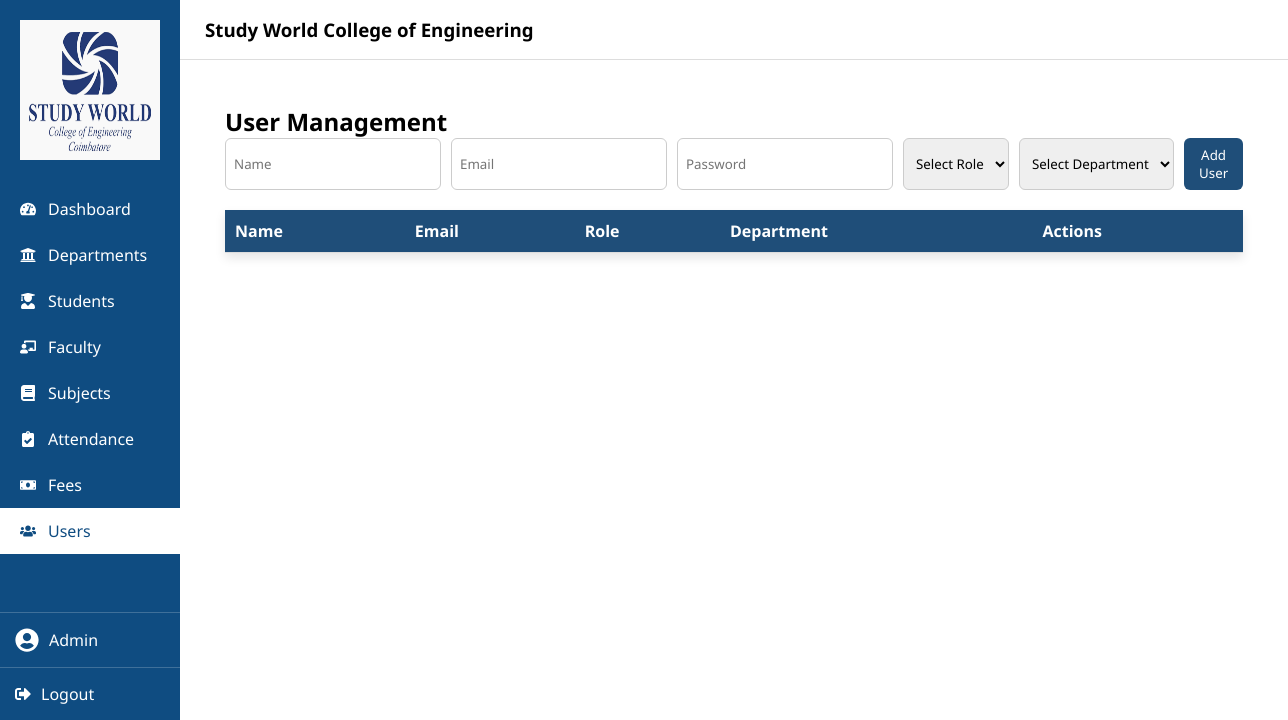
Repository: arthanarieswara/frontend
Page: /users
The author's editor kept a copy of each file at every save. The page is drawn from the files as they stood at one save, then again after the next save.
The browser window is 1280 px wide. The page is 1288 px wide, so the pictures cover 1288 px, including what lies to the right of the window. The pictures show the whole page.
The page's requests for data from a server got no answer. The project was rebuilt for these pictures with package versions that can differ from the ones it lists, and the page was loaded fresh each time. No one was signed in, and anything a server would have sent is missing. Also part of the build but not shown: vite.config.js, src/pages/auth/Login.jsx, src/pages/dashboard/Dashboard.css, src/pages/dashboard/Dashboard.jsx, src/pages/departments/Departments.jsx, src/pages/students/Students.css, src/pages/students/Students.jsx, src/pages/faculty/Faculty.css and 5 more.

Above is the page before, as saved 2026-03-18 11:55:32.

### src/App.jsx
import AppRoutes from "./routes/AppRoutes";

function App() {
  return <AppRoutes />;
}

export default App;

### src/routes/AppRoutes.jsx
import { BrowserRouter, Routes, Route } from "react-router-dom";

import Login from "../pages/auth/Login";
import Dashboard from "../pages/dashboard/Dashboard";
import Departments from "../pages/departments/Departments";
import Students from "../pages/students/Students";
import Faculty from "../pages/faculty/Faculty";
import Subjects from "../pages/Subjects/Subjects";
import Attendance from "../pages/Attendance/Attendance";
import Users from "../pages/users/Users"; // ✅ NEW

function AppRoutes() {
  return (
    <BrowserRouter>

      <Routes>

        <Route path="/" element={<Login />} />
        <Route path="/dashboard" element={<Dashboard />} />
        <Route path="/departments" element={<Departments />} />
        <Route path="/students" element={<Students />} />
        <Route path="/faculty" element={<Faculty />} />
        <Route path="/subjects" element={<Subjects />} />
        <Route path="/attendance" element={<Attendance />} />

        {/* ✅ Users Route */}
        <Route path="/users" element={<Users />} />

      </Routes>

    </BrowserRouter>
  );
}

export default AppRoutes;

### src/pages/users/Users.jsx
import { useEffect, useState } from "react";
import Layout from "../../components/Layout";
import api from "../../api/api";
import "./Users.css";

function Users() {
  const [users, setUsers] = useState([]);
  const [departments, setDepartments] = useState([]);

  const [name, setName] = useState("");
  const [email, setEmail] = useState("");
  const [password, setPassword] = useState("");
  const [role, setRole] = useState("");
  const [department, setDepartment] = useState("");

  const [editingId, setEditingId] = useState(null);

  useEffect(() => {
    fetchUsers();
    fetchDepartments();
  }, []);


  const fetchDepartments = async () => {
    const res = await api.get("/departments");
    setDepartments(res.data);
  };

  const fetchUsers = async () => {
    const res = await api.get("/auth/users");
    setUsers(res.data);
  };

  const handleSubmit = async () => {
    if (!name || !email || (!editingId && !password) || !role) {
      alert("Fill all fields");
      return;
    }

    const data = {
      name,
      email,
      role,
      department_id: department || null,
    };

    if (!editingId) {
      data.password = password;
    }

    if (editingId) {
      await api.put(`/auth/users/${editingId}`, data);
    } else {
      await api.post("/auth/register", data);
    }

    resetForm();
    fetchUsers();
  };

  const handleDelete = async (id) => {
    if (!window.confirm("Delete user?")) return;

    await api.delete(`/auth/users/${id}`);
    fetchUsers();
  };

  const resetForm = () => {
    setName("");
    setEmail("");
    setPassword("");
    setRole("");
    setDepartment("");
    setEditingId(null);
  };

  const handleEdit = (u) => {
    setEditingId(u.id);
    setName(u.name);
    setEmail(u.email);
    setRole(u.role);
    setDepartment(u.department_id || "");
  };



  return (
    <Layout>
      <div className="users-page">
        <h2>User Management</h2>

        <div className="users-form">
          <input
            placeholder="Name"
            value={name}
            onChange={(e) => setName(e.target.value)}
          />

          <input
            placeholder="Email"
            value={email}
            onChange={(e) => setEmail(e.target.value)}
          />

          {!editingId && (
            <input
              type="password"
              placeholder="Password"
              value={password}
              onChange={(e) => setPassword(e.target.value)}
            />
          )}

          <select value={role} onChange={(e) => setRole(e.target.value)}>
            <option value="">Select Role</option>
            <option value="Admin">Admin</option>
            <option value="Faculty">Faculty</option>
            <option value="Student">Student</option>
          </select>

          <select
            value={department}
            onChange={(e) => setDepartment(e.target.value)}
          >
            <option value="">Select Department</option>

            {departments.map((d) => (
              <option key={d.id} value={d.id}>
                {d.name}
              </option>
            ))}
          </select>

          <button onClick={handleSubmit}>
            {editingId ? "Update User" : "Add User"}
          </button>
        </div>

        <table className="users-table">
          <thead>
            <tr>
              <th>Name</th>
              <th>Email</th>
              <th>Role</th>
              <th>Department</th>
              <th>Actions</th>
            </tr>
          </thead>

          <tbody>
            {users.map((u) => (
              <tr key={u.id}>
                <td>{u.name}</td>
                <td>{u.email}</td>
                <td>{u.role}</td>
                <td>{u.department_name || "-"}</td>

                <td>
                  <button onClick={() => handleEdit(u)}>Edit</button>
                  <button onClick={() => handleDelete(u.id)}>Delete</button>
                </td>
              </tr>
            ))}
          </tbody>
        </table>
      </div>
    </Layout>
  );
}

export default Users;

### src/api/api.js
import axios from "axios";

const api = axios.create({
  baseURL: "http://localhost:5000/api"
});

api.interceptors.request.use((config) => {

  const token = localStorage.getItem("token");

  if (token) {
    config.headers.Authorization = `Bearer ${token}`;
  }

  return config;

});

export default api;

### src/pages/auth/Login.css
*{
  margin:0;
  padding:0;
  box-sizing:border-box;
  font-family:"Segoe UI",sans-serif;
}

/* ANIMATED BACKGROUND */

.login-wrapper{
  height:100vh;
  display:flex;
  justify-content:center;
  align-items:center;
  background:linear-gradient(270deg,#0f4c81,#3a8bfd,#1a6ed8);
  background-size:600% 600%;
  animation:gradientBG 10s ease infinite;
}

@keyframes gradientBG{
  0%{background-position:0% 50%}
  50%{background-position:100% 50%}
  100%{background-position:0% 50%}
}

/* LOGIN CARD */

.login-card{
  width:420px;
  padding:40px;
  border-radius:12px;
  background:rgba(255,255,255,0.15);
  backdrop-filter:blur(15px);
  box-shadow:0 15px 40px rgba(0,0,0,0.3);
  text-align:center;
  color:white;
}

/* COLLEGE HEADER */

.college-logo{
  width:70px;
  margin-bottom:10px;
}

.college-header h1{
  font-size:20px;
  margin-bottom:5px;
}

.college-header p{
 font-size:13px;
  opacity:0.9;
}

.college-header span{
  font-size:12px;
  opacity:0.8;
}

.college-header{
  margin-bottom:30px;
}

/* INPUT GROUP */

.input-group{

  position:relative;
  margin-bottom:20px;
}

.input-group input{
  width:100%;
  padding:12px;
  border:none;
  border-radius:6px;
  outline:none;
  font-size:14px;
}

/* FLOATING LABEL */

.input-group label{
  position:absolute;
  left:12px;
  top:50%;
  transform:translateY(-50%);
  color:#000000;
  font-size:14px;
  pointer-events:none;
  transition:0.3s;
}

.input-group input:focus + label,
.input-group input:not(:placeholder-shown) + label{
  top:-8px;
  /* background:white; */
  padding:0 5px;
  font-size:15px;
  color:white;
}

/* PASSWORD ICON */

.password-group{
 position:relative;
}

.eye-icon{
  position:absolute;
  right:10px;
  top:50%;
  transform:translateY(-50%);
  cursor:pointer;
  color:#444;
}

/* BUTTON */

.login-btn{
  width:100%;
  padding:12px;
  border:none;
  border-radius:6px;
  background:white;
  color:#0f4c81;
  font-size:16px;
  font-weight:bold;
  cursor:pointer;
  transition:all 0.3s;
}

.login-btn:hover{
  transform:translateY(-2px);
  box-shadow:0 5px 15px rgba(0,0,0,0.3);
}

### src/components/Layout.jsx
import { useState } from "react";
import Sidebar from "./Sidebar";
import Navbar from "./Navbar";

function Layout({ children }) {

  const [collapsed,setCollapsed] = useState(false);

  return (

    <div style={{display:"flex"}}>

      <Sidebar collapsed={collapsed} />

      <div style={{flex:1}}>

        <Navbar toggleSidebar={()=>setCollapsed(!collapsed)} />

        <div style={{padding:"25px"}}>
          {children}
        </div>

      </div>

    </div>

  );

}

export default Layout;

### src/pages/departments/Departments.css
.departments h2 {
    margin-bottom: 20px;
}

.add-section {
    display: flex;
    gap: 10px;
    margin-bottom: 20px;
}

.add-section input {
    padding: 10px;
    border: 1px solid #ccc;
    border-radius: 5px;
}

.add-section button {
    background: #0f4c81;
    color: white;
    border: none;
    padding: 10px 15px;
    border-radius: 5px;
    cursor: pointer;
}

table {
    width: 100%;
    border-collapse: collapse;
    background: white;
    box-shadow: 0 5px 10px rgba(0, 0, 0, 0.1);
}

th,
td {
    padding: 12px;
    border-bottom: 1px solid #ddd;
    text-align: left;
}

.delete-btn {
    background: red;
    color: white;
    border: none;
    padding: 6px 10px;
    border-radius: 4px;
    cursor: pointer;
}

.edit-btn {
    background: #0f4c81;
    color: white;
    border: none;
    padding: 6px 10px;
    border-radius: 4px;
    cursor: pointer;
    margin: 10px;
}

### src/pages/users/Users.css
.users-page {
  padding: 20px;
}

.users-form {
  display: flex;
  gap: 10px;
  margin-bottom: 20px;
}

.users-form input,
.users-form select {
  padding: 8px;
  border: 1px solid #ccc;
  border-radius: 6px;
}

.users-form button {
  background: #1f4e79;
  color: white;
  padding: 8px 15px;
  border: none;
  border-radius: 6px;
}

.users-table {
  width: 100%;
  border-collapse: collapse;
}

.users-table th {
  background: #1f4e79;
  color: white;
  padding: 10px;
}

.users-table td {
  padding: 10px;
  border-bottom: 1px solid #ddd;
}

### src/components/Sidebar.jsx
import { NavLink, useNavigate } from "react-router-dom";
import {
  FaTachometerAlt,
  FaUniversity,
  FaUserGraduate,
  FaChalkboardTeacher,
  FaBook,
  FaClipboardCheck,
  FaMoneyBill,
  FaSignOutAlt,
  FaUserCircle,
  FaUsers,
} from "react-icons/fa";

import "./Sidebar.css";

function Sidebar({ collapsed }) {
  const navigate = useNavigate();

  const handleLogout = () => {
    localStorage.removeItem("token");
    navigate("/");
  };

  return (
    <div className={`sidebar ${collapsed ? "collapsed" : ""}`}>
      <div className="sidebar-header">
        <img src="/college-logo.png" className="sidebar-logo" />
      </div>

      <nav className="menu">
        <NavLink to="/dashboard" className="menu-item">
          <FaTachometerAlt />
          <span>Dashboard</span>
        </NavLink>

        <NavLink to="/departments" className="menu-item">
          <FaUniversity />
          <span>Departments</span>
        </NavLink>

        <NavLink to="/students" className="menu-item">
          <FaUserGraduate />
          <span>Students</span>
        </NavLink>

        <NavLink to="/faculty" className="menu-item">
          <FaChalkboardTeacher />
          <span>Faculty</span>
        </NavLink>

        <NavLink to="/subjects" className="menu-item">
          <FaBook />
          <span>Subjects</span>
        </NavLink>

        <NavLink to="/attendance" className="menu-item">
          <FaClipboardCheck />
          <span>Attendance</span>
        </NavLink>

        <NavLink to="/fees" className="menu-item">
          <FaMoneyBill />
          <span>Fees</span>
        </NavLink>

        <NavLink to="/users" className="menu-item">
          <FaUsers />
          <span>Users</span>
        </NavLink>
      </nav>

      {/* PROFILE SECTION */}

      <div className="profile">
        <FaUserCircle className="profile-icon" />
        <span>Admin</span>
      </div>

      {/* LOGOUT */}

      <div className="logout" onClick={handleLogout}>
        <FaSignOutAlt />
        <span>Logout</span>
      </div>
    </div>
  );
}

export default Sidebar;

### src/components/Navbar.jsx
import { FaBars } from "react-icons/fa";
import "./Navbar.css";

function Navbar({ toggleSidebar }) {

    return (

        <div className="navbar">

            {/* <FaBars className="toggle-btn" onClick={toggleSidebar} /> */}

            <h3>Study World College of Engineering</h3>

        </div>

    )

}

export default Navbar;

### src/components/Sidebar.css
.sidebar {
    width: 240px;
    height: 100vh;
    background: #0f4c81;
    color: white;
    display: flex;
    flex-direction: column;
    transition: 0.3s;
}

/* COLLAPSED */

.sidebar.collapsed {
    width: 70px;
}

.sidebar.collapsed span {
    display: none;
}

/* HEADER */

.sidebar-header {
    font-size: 20px;
    font-weight: bold;
    text-align: center;
    padding: 20px;
}

/* MENU */

.menu {
    flex: 1;
    display: flex;
    flex-direction: column;
}

/* MENU ITEM */

.menu-item {
    display: flex;
    align-items: center;
    gap: 12px;
    padding: 12px 20px;
    text-decoration: none;
    color: white;
    transition: 0.3s;
}

.menu-item:hover {
    background: rgba(255, 255, 255, 0.2);
}

.menu-item.active {
    background: white;
   color: #0f4c81;
}

/* PROFILE */

.profile {
    padding: 15px;
    border-top: 1px solid rgba(255, 255, 255, 0.2);
    display: flex;
    align-items: center;
    gap: 10px;
}

.profile-icon {
    font-size: 24px;
}

/* LOGOUT */

.logout {
    padding: 15px;
    display: flex;
    align-items: center;
    gap: 10px;
    cursor: pointer;
    border-top: 1px solid rgba(255, 255, 255, 0.2);
}

.logout:hover {
    background: rgba(255, 255, 255, 0.2);
}

.sidebar-logo {
    width: 140px;
    height: 140px;
    /* border-radius:50%; */
}

### src/components/Navbar.css
.navbar{
  height:60px;
  background:white;
  border-bottom:1px solid #ddd;
  display:flex;
  align-items:center;
  padding:0 25px;
}

Loaded but not shown: index.html (common file); src/main.jsx (common file)

After the next save:
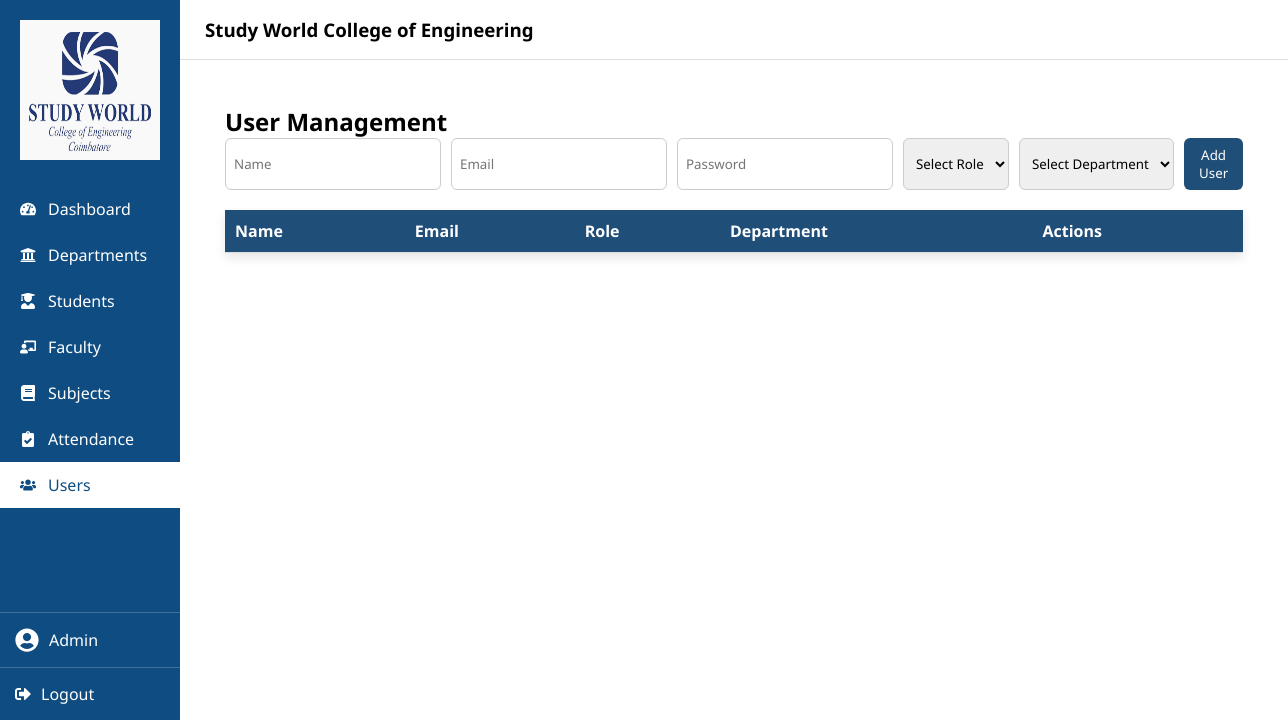
Saved 114 min 54 s later.
--- a/src/components/Sidebar.jsx
+++ b/src/components/Sidebar.jsx
@@ -59,10 +59,10 @@ function Sidebar({ collapsed }) {
           <span>Attendance</span>
         </NavLink>
 
-        <NavLink to="/fees" className="menu-item">
+        {/* <NavLink to="/fees" className="menu-item">
           <FaMoneyBill />
           <span>Fees</span>
-        </NavLink>
+        </NavLink> */}
 
         <NavLink to="/users" className="menu-item">
           <FaUsers />
